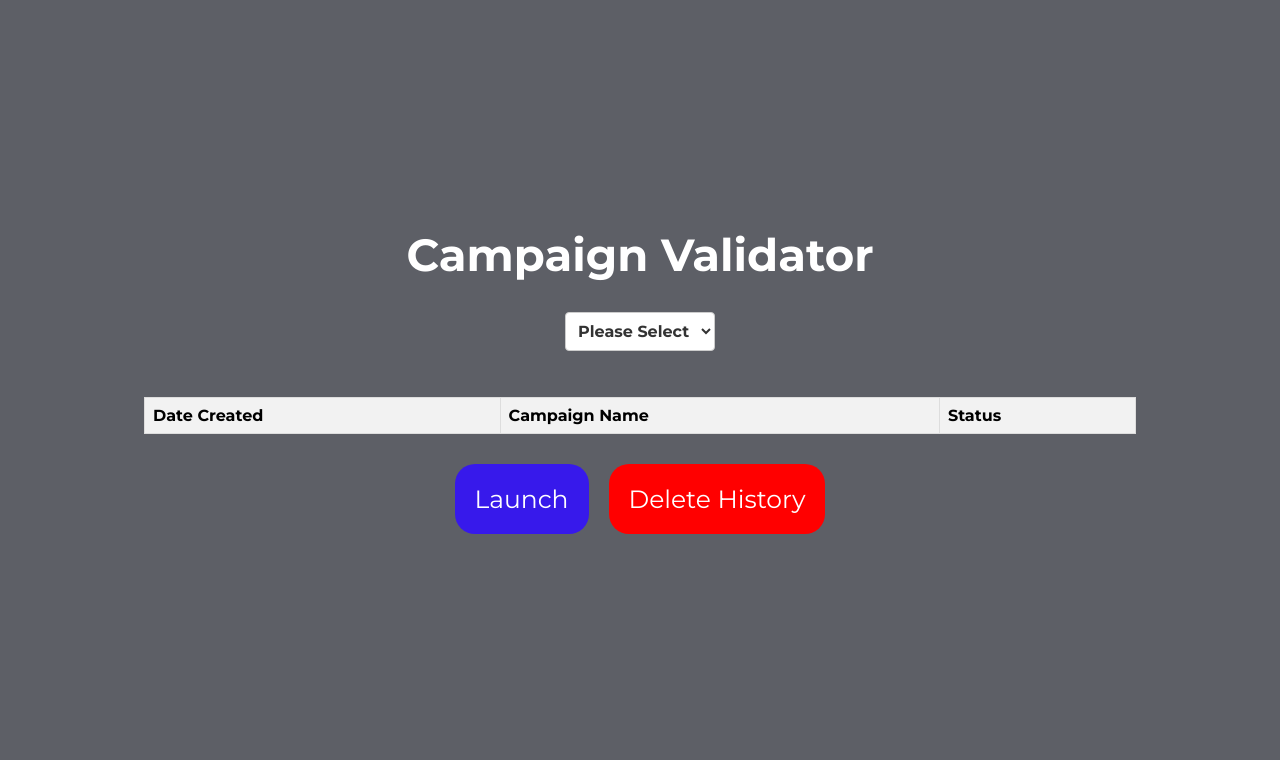
Repository: AbApin/project
Page: / (app in frontend/)
The author's editor kept a copy of each file at every save. The page is drawn from the files as they stood at one save, then again after the next save.
The browser window is 1280 px wide. The pictures show the whole page.
The page's requests for data from a server got no answer. The project was rebuilt for these pictures with package versions that can differ from the ones it lists, and the page was loaded fresh each time. No one was signed in, and anything a server would have sent is missing. Also part of the build but not shown: frontend/vue.config.js.

Above is the page before, as saved 2023-02-22 12:52:04.

After the next save:
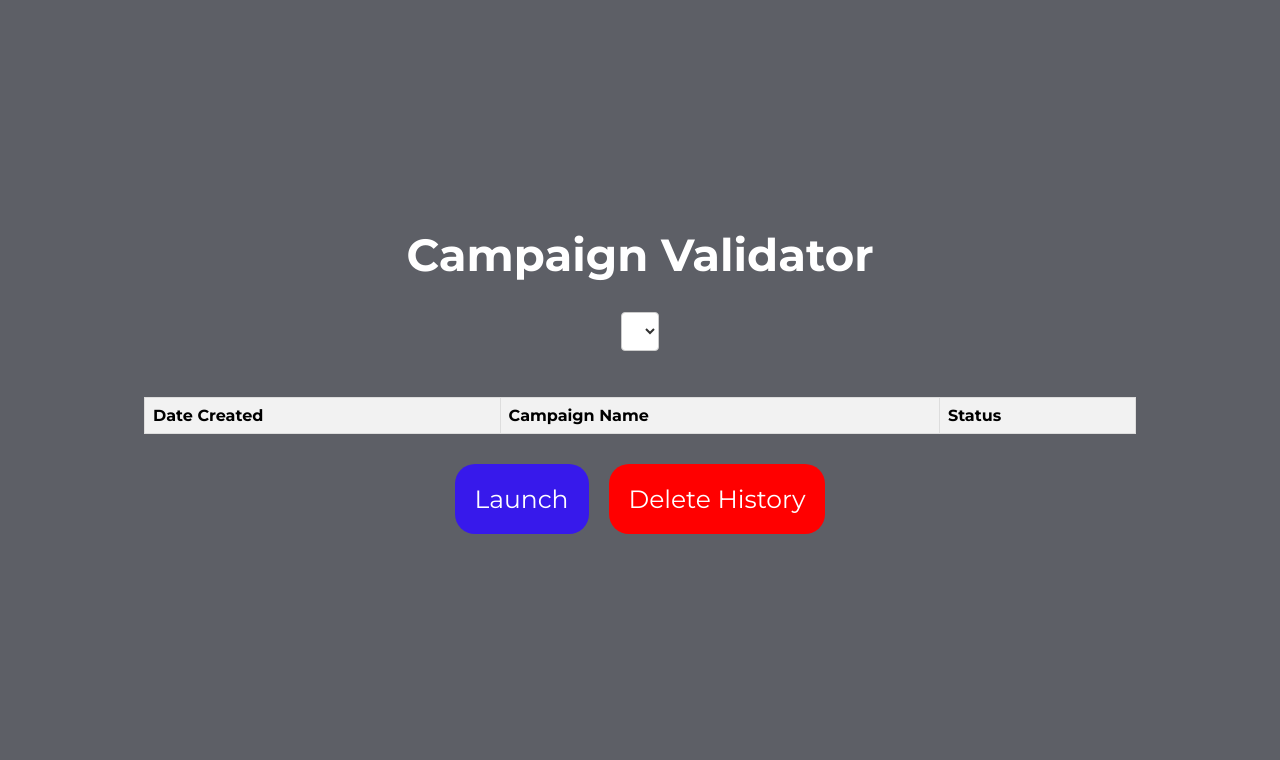
Saved 72 s later.
--- a/frontend/src/components/CampaignList.vue
+++ b/frontend/src/components/CampaignList.vue
@@ -1,6 +1,5 @@
 <template>
   <select class="campaignsList" v-model="chooseCampaign" @input="emitSelectedCampaign">
-    <option class="campaignOption" disabled value="">Please Select</option>
     <option class="campaignOption" :value="campaign" v-for="campaign in campaigns" :key="campaign">
       {{ campaign }}
     </option>

After the 2 saves that followed:
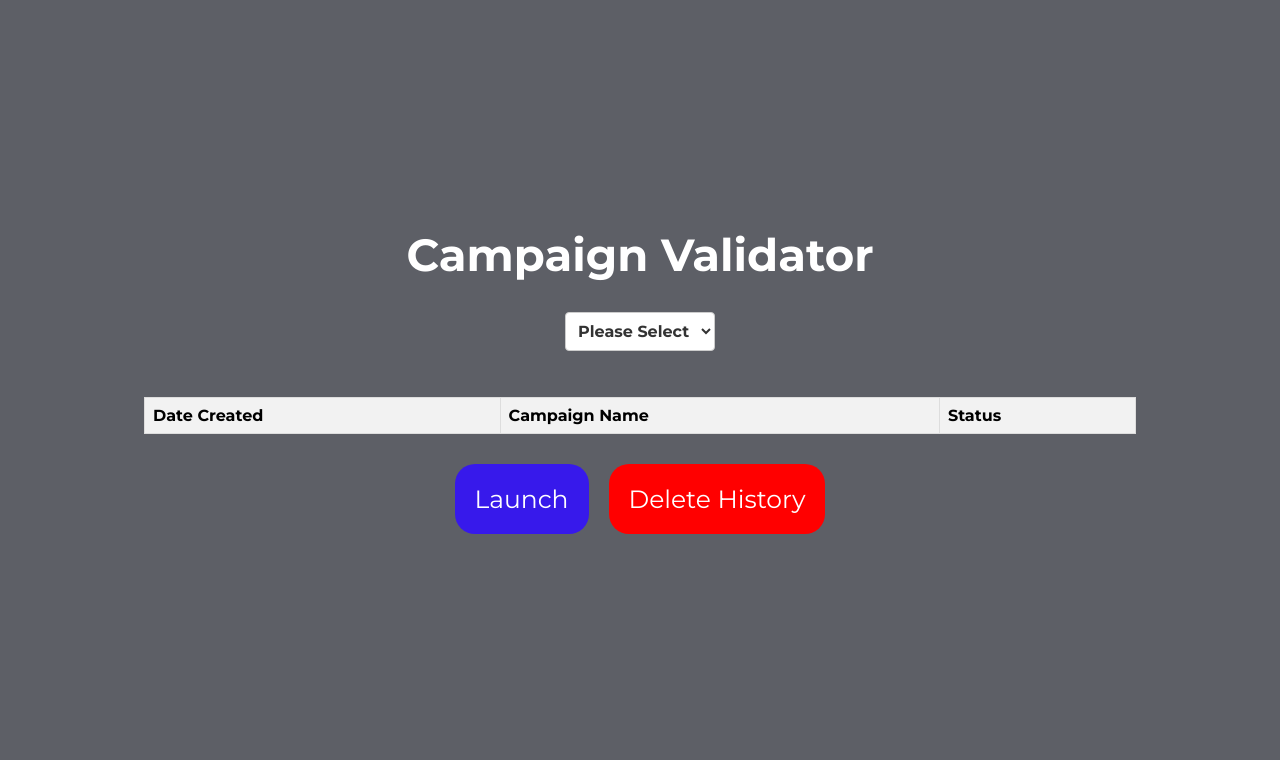
The 2 saves are shown as one change because 1 left the picture as it was.
The last was saved 57 s later.
--- a/frontend/src/components/CampaignList.vue
+++ b/frontend/src/components/CampaignList.vue
@@ -1,5 +1,6 @@
 <template>
   <select class="campaignsList" v-model="chooseCampaign" @input="emitSelectedCampaign">
+    <option class="campaignOption" disabled value="">Please Select</option>
     <option class="campaignOption" :value="campaign" v-for="campaign in campaigns" :key="campaign">
       {{ campaign }}
     </option>
